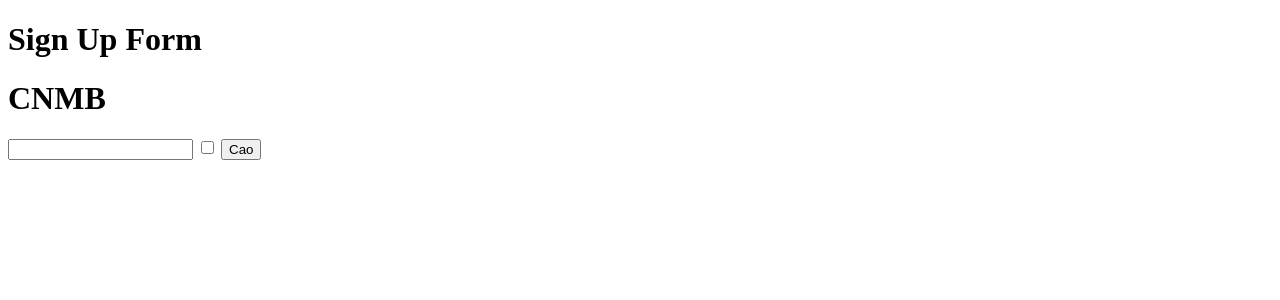
Repository: FWBMKII/csc207
Page: cnmb/cnmb.html
The author's editor kept a copy of each file at every save. The page is drawn from the files as they stood at one save, then again after the next save.
The browser window is 1280 px wide. The pictures show the whole page.

Above is the page before, as saved 2015-04-27 19:29:56.

### cnmb/cnmb.html
<!DOCTYPE html PUBLIC "-//W3C//DTD HTML 4.01 Transitional//EN" "http://www.w3.org/TR/html4/loose.dtd">
<html>
<head>
<meta http-equiv="Content-Type" content="text/html; charset=UTF-8">
<title>（╯‵□′）╯︵┴─┴</title>
</head>
<body>
	<h1>Sign Up Form</h1>
	<form action="cnmb.php" method="get">
		<h1>CNMB</h1>
		<input type="text" name="name"/>
		<input type="checkbox" name="over18"/>
		<input type="submit" value="Cao"/>
	</form>
</body>
</html>

After the next save:
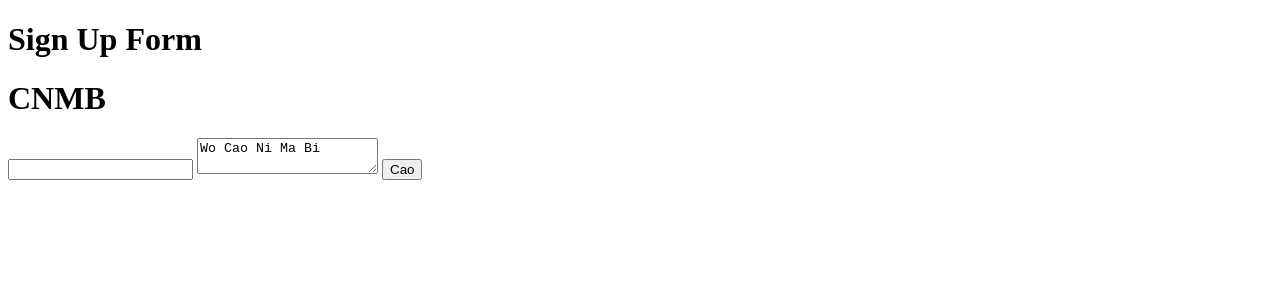
Saved 50 s later.
--- a/cnmb/cnmb.html
+++ b/cnmb/cnmb.html
@@ -9,7 +9,7 @@
 	<form action="cnmb.php" method="get">
 		<h1>CNMB</h1>
 		<input type="text" name="name"/>
-		<input type="checkbox" name="over18"/>
+		<textarea name="wcnmb">Wo Cao Ni Ma Bi</textarea>
 		<input type="submit" value="Cao"/>
 	</form>
 </body>
